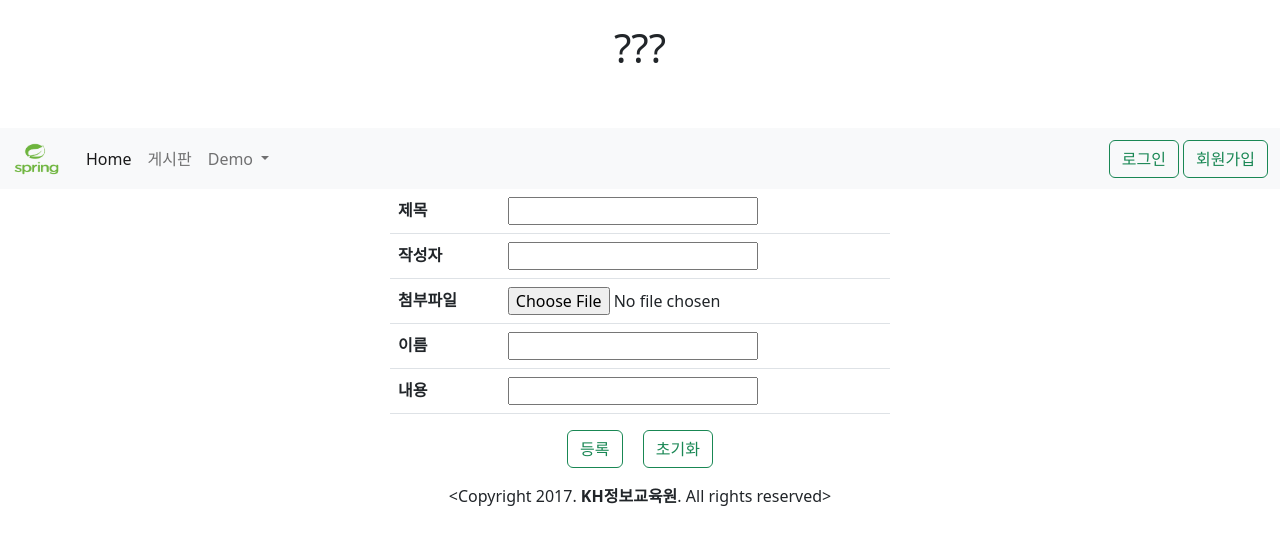
Repository: yerimeee/06_springWork
Page: http://localhost/springProject/WEB-INF/views/board/boardForm.jsp
An editor plug-in stored every save of this project. The page is shown before and after the next save, followed by the edit.
The browser window is 1280 px wide. The pictures show the whole page.
The page is served by Tomcat 9. Nobody is signed in. The template is opened directly, without the code that normally fills it, so the values that code supplies are empty.

Above is the page before, as saved 2023-06-19 01:58:06.

After the next save:
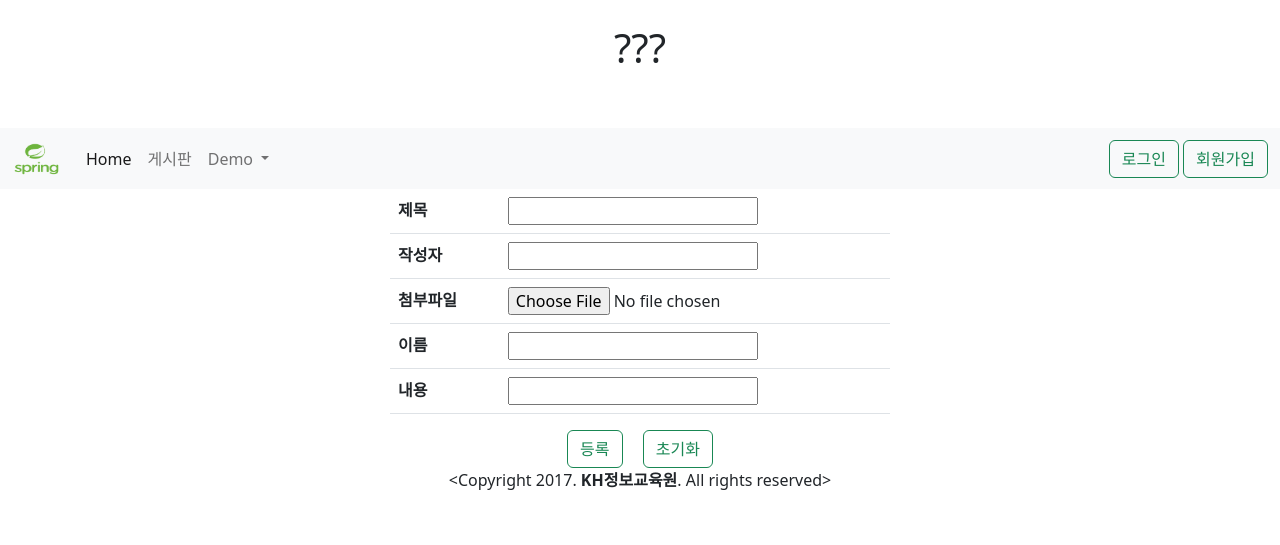
Saved 5 min 10 s later.
--- a/springProject/src/main/webapp/WEB-INF/views/board/boardForm.jsp
+++ b/springProject/src/main/webapp/WEB-INF/views/board/boardForm.jsp
@@ -13,7 +13,7 @@
 	<jsp:param value="글쓰기" name="title"/>
 </jsp:include>
 	<div id="container">
-		<form action="${pageContext.request.contextPath}/board/boardEnroll.bo" method="post" name="enrollfrm" enctype="multipart/form-data">
+		<%-- <form action="${pageContext.request.contextPath}/board/boardEnroll.bo" method="post" name="enrollfrm" enctype="multipart/form-data"> --%>
 			<table class="table">
 				<tr>
 					<th scope="col">제목</th>

After the save that followed:
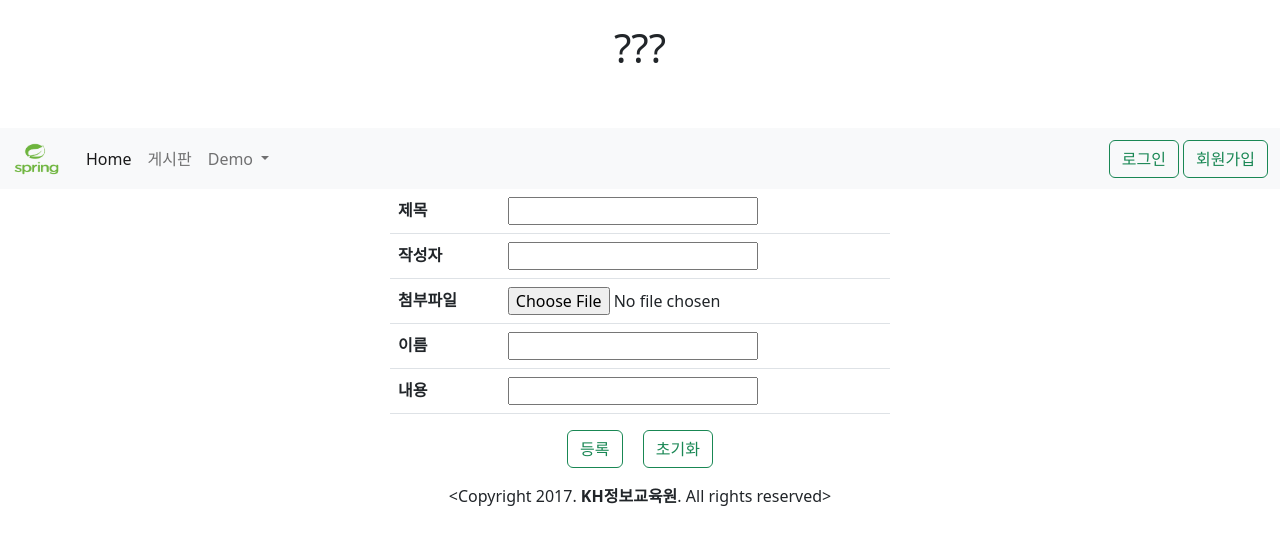
Saved 80 s later.
--- a/springProject/src/main/webapp/WEB-INF/views/board/boardForm.jsp
+++ b/springProject/src/main/webapp/WEB-INF/views/board/boardForm.jsp
@@ -14,6 +14,7 @@
 </jsp:include>
 	<div id="container">
 		<%-- <form action="${pageContext.request.contextPath}/board/boardEnroll.bo" method="post" name="enrollfrm" enctype="multipart/form-data"> --%>
+		<form action="${pageContext.request.contextPath}/board/boardEnroll.bo" method="post" name="enrollfrm">
 			<table class="table">
 				<tr>
 					<th scope="col">제목</th>
